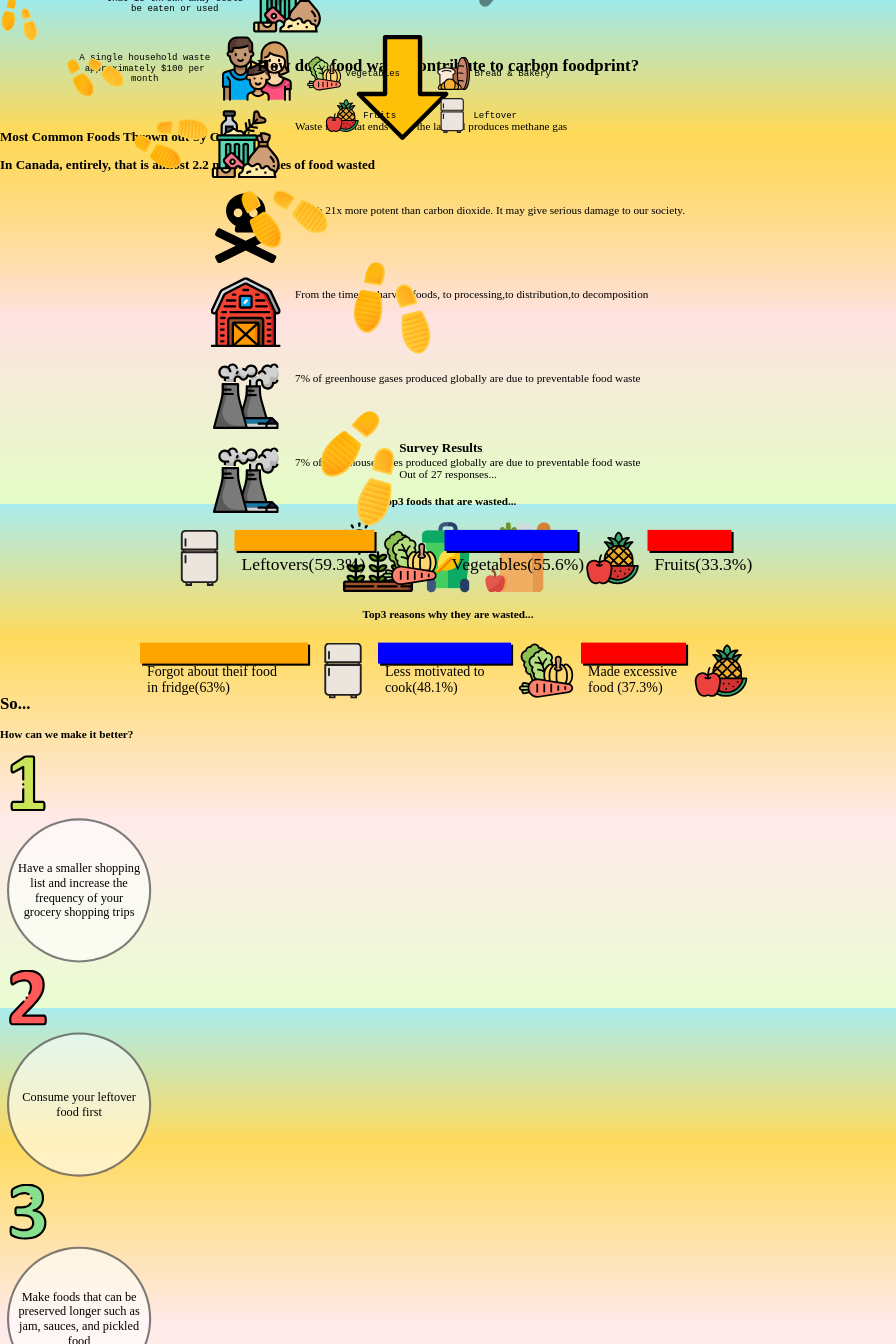
Repository: iorid3/Midterm
Page: index.html
The author's editor kept a copy of each file at every save. The page is drawn from the files as they stood at one save, then again after the next save.
The browser window is 1280 px wide. The pictures show the part of the page from y = 0 to 1920 px (the page is 2758 px tall), at 70% of full size.

Above is the page before, as saved 2021-03-09 11:56:47.

### index.html
<!DOCTYPE html>
<html>
    <head>
       <title>Mid term</title>
        <link href= "./index.css"  rel ="stylesheet" type = "text/css" >
    </head>
<body>
   <div id = "main">

        <div class = "section1">
            <div><h1> How Food Waste Impacts Our World</h1></div>
            <div><img src ="./Images/earth crying.svg"/></div>
            <div class = "comp1"></div>
            <div class = "comp2"></div>
            <div class = "comp5"></div>
        </div>

        <div class = "section2">
            <div><h2>DId you know that...</h2></div>
            <div class ="comp3_1"></div>
            <div class ="comp3_2"></div>
            <div class ="comp3_3"></div>
            <div class ="comp3_4"></div>
            <div class = "comp1"></div>

            <div class = "flag"><img src = ""></div>
            <div><h3>Most Common Foods Thrown out by Canadians</h3></div>
               <div class = "container1">
                    <div class ="comp4_1"></div>
                    <div class ="comp4_2"></div>
                    <div class ="comp4_3"></div>
                    <div class ="comp4_4"></div>
                </div>

            <div class = "comp5"></div>
            <div><h3>In Canada, entirely, that is almost 2.2 million tonnes of food wasted</h3></div>
            <div><img src = ""></div>
        </div>

        <div class = "section3">
            <div><h2>How does food waste contribute to carbon foodprint?</h2></div>
            <div><img src = ""></div>

            <div class = "comp6"></div>
            <div class = "comp6"></div>
            <div class = "comp6"></div>
            <div class = "comp6"></div>
            <div class = "comp6"></div>

            <div class = "container2">
                <div><img class = "icons" src = "./Images/crop.svg"></div>
                <div><img class = "icons" src = "./Images/recycling.png"></div>
                <div><img class = "icons" src = "./Images/grocery.svg"></div>
            </div>


        </div>


        <div class = "section4">
            <div class = "container3">
               <div><img src = ""></div>
               <div><h3>Survey Results</h3></div>
               <div>Out of 27 responses...</div>
            </div>


            <div class ="comp2"></div>
            <div><h4>Top3 foods that are wasted...</h4></div>
            <div class = "container4">
                <div class = "comp7"></div>
                <div class = "comp7"></div>
                <div class = "comp7"></div>
            </div>

            <div><h4>Top3 reasons why they are wasted...</h4></div>
            <div class = "container5">
                <div class = "comp8"></div>
                <div class = "comp8"></div>
                <div class = "comp8"></div>
            </div>




        </div>

        <div class = "section5">

            <div><h2>So...</h2></div>

            <div><h4>How can we make it better?</h4></div>
            <div class = "container6">
                <div class ="comp9"></div>
                <div class ="comp9"></div>
                <div class ="comp9"></div>
                <div class ="comp9"></div>
            </div>

            <div><h3>Small Steps goes a long way</h3></div>
            <div class = "comp10"></div>
            <div class = "comp10"></div>
            <div class = "comp10"></div>
            <div class = "comp10"></div>
            <div class = "comp10"></div>
            <div class = "comp10"></div>

            <div><img src = ""></div>
            <div><img src = ""></div>

            <div class = "comp5"></div>
            <div><h3>Do your part in saving the environment by ...</h3></div>
            <div><h2>Using this app to reduce food waste</h2></div>
            <div><h2>FridgeSaver</h2></div>
            <div><img src =""></div>
            <div class = "comp5"></div>
            <div><h5>Start with what you have in your fridge</h5></div>

            <div><img src =""></div>
            <div><h5>Ready to find interesting recipes?</h5></div>



        </div>

    <h1>HIHIHI</h1>



       <!-- <div class = "col left">
           <div class = "row top">
               <div class = "shake"></div>
           </div>
           <div class = "row mid">
               <div class = "rank1"></div>
               <div class = "rank2"></div>
           </div> -->
    </div>

<script src = ./Comps/comp1/index.js></script>
<script src = ./Comps/comp2/index.js></script>
<script src = ./Comps/comp3/index.js></script>
<script src = ./Comps/comp4/index.js></script>
<script src = ./Comps/comp5/index.js></script>
<script src = ./Comps/comp6/index.js></script>
<script src = ./Comps/comp7/index.js></script>
<script src = ./Comps/comp8/index.js></script>
<script src = ./Comps/comp9/index.js></script>
<script src = ./Comps/comp10/index.js></script>

<script src = ./index.js></script>
</body>
</html>

### index.css
html,body{
    margin:0;
    background: linear-gradient(180deg, rgba(156, 233, 235, 0.86) 0%, rgba(255, 217, 86, 0.96) 26.56%, rgba(255, 220, 220, 0.6) 63.02%, rgba(227, 252, 195, 0.76) 100%);
    mix-blend-mode: normal;
}
#main{
    width:100vw;
    height:100vh;
    display:flex;
    flex-direction: column;
    align-items: center;
    justify-content: center;
}

.section1{
  width:100%;
}


.section2{
    width:100%;

}

.section3{
    display:flex;
    flex-direction: column;
    justify-content: center;
    align-items: center;
    width:100%;
    height:20%;
    margin:100px;
}

.container2{
   display: flex;
   flex-direction: row;
}

.icons{
    width: 100%;
    height: 100px;

}

.section4{

    display:flex;
    flex-direction: column;
    justify-content: center;
    align-items: center;
    width:100%;
    height:20%;
    margin:100px;
}


.section5{
    width:100%

}

### Comps/comp1/index.js
function Comp1UI(url="Images/confusion.png", size ="10px", font= "Poppins", text="text"){
    return `<div style='
            width: 100vw;
            height: 30vh;
            display: inline-flex;
            justify-content: center;
            align-items: center;
            transition: opacity 1s;
            opacity: 0.25;
            position:absolute;
        '
        onclick='Comp1UI.HandleClick(this)'
        >

        <img style='
            display: inline-flex;
            width: 200px;
            position: relative;
            left: 140px;
            top: 60px;
        'src="${url}" />

        <div>
            <img style='
                display: inline-flex;
                position: relative;
                width: 500px;
                left: 100px;
                bottom: 10px;
            'src="Images/chat.svg" />

            <div style='
                display: inline-flex;
                position: relative;
                bottom: 280px;
                right: 265px;
                font-size: ${size};
                font-weight: bold;
                font-family: ${font};
            '> ${text}</div>
        </div>
    </div>`
}

Comp1UI.HandleClick = (el) => {
    el.style.opacity = 1;
}

### Comps/comp2/index.js
function Comp2UI(url="Images/confusion.png", size ="10px", font= "Poppins", text="text"){
    return `<div style='
        width: 100vw;
        height: 30vh;
        display: inline-flex;
        justify-content: center;
        align-items: center;
        transition: opacity 1s;
        opacity: 0.25;
        position:absolute;
    '
    onclick='Comp1UI.HandleClick(this)'
    >

        <img style='
            display: inline-flex;
            width: 200px;
            position: relative;
            left: 500px;
            top:60px;
        ' src="${url}"/>

        <div>
            <img style='
                display: inline-flex;
                position: relative;
                width: 500px;
                right: 200px;
                bottom: 10px;
                transform: rotateY(180deg)
            ' src="Images/chat2.svg" />

            <div style='
                display: inline-flex;
                position: relative;
                bottom: 280px;
                right: 560px;
                font-size: ${size};
                font-weight: bold;
                font-family: ${font};
            ' >${text}</div>
        </div>
    </div>`
}

Comp2UI.HandleClick = (el) => {
    el.style.opacity = 1;
}

### Comps/comp3/index.js
function Comp3UI(Text='Average Canadian wastes 140kg of food in a year', url='https://placekitten.com/400/400') {
    return `
        <div style='
            display: inline-flex;
            align-items: center;
            justify-content: center;

            transition-property: transform;
            transition-duration: 1s;
            transition-timing-function: ease-in-out;
            transition-delay: 1s;

        '>
            <div style='
                flex-basis: 200px;
                text-align: center;
                padding-right: 10px;
                font-family: monospace;


            '
            >${Text}</div>

            <div style='
                width: 100px;
                height: 100px;
            '
            // onclick='Comp3UI.HandleClick(this)'
            >
                <img  style='
                    width: 100%;
                    height: 100%;
                    object-fit: cover;
                '
                src='${url}' />
        </div>
    `
}

// Comp3UI.HandleClick = (el) => {
//     el.style.top = "110%";
// }


// export const Comp3 = Comp3UI();

### Comps/comp4/index.js
function Comp4UI(url='https://placekitten.com/300/300',text='Bread & Bakery',x='0',y='0') {
    return `
        <div style='
            display: flex;
            flex-direction: row;
            align-item: center;
            justify-content: center;
            width: 250px;
            height: 50px;
            margin: 10px;
            position: absolute;
            top: ${x}px;
            left: ${y}px;

            animation-name: bouncing;
            animation-duration: 1.5s;
            animation-direction: alternate;
            animation-iteration-count: infinite;
            animation-delay: 2s;



        '
        >
            <div style='
                width: 50px;
                height: 50px;
            '>
                <img style='
                    width: 100%;
                    height: 100%;
                    object-fit: cover;
                '
                src='${url}' />
            </div>
            <div style='
            font-family: monospace;
            text-align: center;
            padding-top: 18px;
            padding-left: 5px;
            '
            >${text}</div>
        </div>
    `
}




// export const Comp4 = Comp4UI();

### Comps/comp5/index.js
function Comp5UI(x='0', y='0', url='https://placekitten.com/300/300') {
    return `
        <div style='
            width: 150px;
            height: 150px;
            position: absolute;
            top: ${x}px;
            left: ${y}px;

        '
        >
            <img style='
                width: 100%;
                height: 100%;
                object-fit: cover;

                animation-name: bounce;
                animation-duration: 1s;
                animation-direction: alternate;
                animation-iteration-count: infinite;

            '
            src='${url}' />


        </div>

    `
}

// export const Comp5 = Comp5UI();

### Comps/comp6/index.js
function Carboncomp(text =" 7% of greenhouse gases produced globally are due to preventable food waste", url= "images/factory.svg"){
    return `<div style = "
                          display:flex;
                          ">
                         <div style = "display:flex;
                         padding:10px;">
                         <img style ="
                          width:100px;
                          height:100px;
                         " src  = "${url}"></div>
                         <div style ="
                         display:flex;
                         padding:10px;"><p>${text}</p></div>

            </div>`

}

### Comps/comp7/index.js
function Graphcomp(url ="images/vegetable.svg",text ="Leftovers(59.3%)",color ="pink",width ="200px" ){
    return `<div style = "
                          display:inline-flex;
                          align-items:flex-start;
                          justify-content:flex-start;
                          ">
                            <div style = "display:flex;
                            padding:10px;
                            width:80px;
                            height:80px;
                            ">
                            <img src  = "${url}"></div>
                            <div class = "graph"
                            style ="
                            width:${width};
                            height:30px;
                            margin-top:10px;
                            background-color:${color};
                            box-shadow: 3px 3px ;
                            transition:background-color,1s,box-shadow, 1s;"
                            onmouseover = "Graphcomp.HandleMouseover(this)">
                            <div style ="
                            display:flex;
                            padding:10px;
                            font-size:25px;"><p>${text}</p></div>
                            </div>



            </div>`


}

Graphcomp.HandleMouseover = (el)=>{
   el.style.boxShadow = "8px 8px";
//    el.style.width = "400px";
 }

### Comps/comp8/index.js
function Graphcomp2(url ="images/vegetable.svg",text ="Leftovers(59.3%)",color ="pink",width ="200px" ){
    return `<div style = "
                          display:inline-flex;
                          flex-direction:row;
                          justify-content:center;
                          ">
                            <div class = "graph"
                            style ="
                            display:flex;
                            width:${width};
                            height:30px;
                            margin-top:10px;
                            background-color:${color};
                            box-shadow: 3px 3px ;
                            transition:background-color,1s,box-shadow, 1s;"
                            onmouseover = "Graphcomp2.HandleMouseover(this)">
                            <div style ="
                            display:flex;
                            width:200px;
                            padding:10px;
                            font-size:20px;"><p>${text}</p></div>
                            </div>
                            <div style = "display:flex;
                            padding:10px;
                            width:80px;
                            height:80px;
                            ">
                            <img src  = "${url}"></div>




            </div>`


}

Graphcomp2.HandleMouseover = (el)=>{
//    el.style.backgroundColor  = "blue";
   el.style.boxShadow = "8px 8px";
//    el.style.width = "400px";
 }

### Comps/comp9/index.js
function Comp9UI(url="Images/1.svg", text="4 Ways to Make it Better") {
    return `
        <img style='
            width: 80px;
            height: 80px;
            transition: width 0.2s;
            transition-timing-function: ease-in-out;
            display: flex;
        justify-content: center;
        align-items: center;
        flex-wrap: wrap;
        '

        onmouseover='Comp9UI.HandleImageHover(this)'
        onmouseout='Comp9UI.HandleImageHoverOut(this)'

        src="${url}"/>

        <div style='
            width: 180px;
            height: 180px;
            margin: 10px;
            padding: 10px;
            background-color: rgba(255, 255, 255, 0.6);
            border: 3px solid rgba(0, 0, 0, 0.5);
            border-radius: 50%;
            display: flex;
            justify-content: center;
            align-items: center;
            font-size: 1.1em;
            line-height: 1.2em;
            text-align: center;
            transition: width 0.2s;
            transition-timing-function: ease-in-out;
        '
            onmouseover='Comp9UI.HandleHover(this)'
            onmouseout='Comp9UI.HandleHoverOut(this)'

        >${text}</div>

    `
}

Comp9UI.HandleImageHover = (el) => {
    el.style.width = "120px";
    el.style.height = "120px";
}

Comp9UI.HandleImageHoverOut = (el) => {
    el.style.width = "80px";
    el.style.height = "80px";
}

Comp9UI.HandleHover = (el) => {
    el.style.color = "#2E8B57";
    // el.style.width = "210px";
    // el.style.height = "210px";
    // el.style.fontSize = "1.4em";
}

Comp9UI.HandleHoverOut = (el) => {
    el.style.color = "#000000";
    // el.style.width = "180px";
    // el.style.height = "180px";
    // el.style.fontSize = "1.1em";
}
// export const comp9 = Comp9UI();

### Comps/comp10/index.js
function Comp10UI(w="55px", tdeg="120deg", top="0px", left="0px", anidelay="1s") {
    return `
    <img style='
        width: ${w};
        transform: rotate(${tdeg});
        position: absolute;
        top: ${top};
        left: ${left};

        animation-name: footsteps;
        animation-duration: 4s;
        animation-delay: ${anidelay};
        animation-iteration-count: infinite;

    'src="Images/footstep.png"/>

    `
}

// export const comp10 = Comp10UI();

### index.js
document.querySelector(".comp1").innerHTML += Comp1UI("Images/question.svg","25px", "What's the issue?");
document.querySelector(".comp1").innerHTML += Comp1UI("Images/pie_chart.svg","25px", "Only 33% of participants plan their grocery shopping");
document.querySelector(".comp2").innerHTML += Comp2UI("Images/professor.svg", "25px", "Good Question!");

//add claudia's componenets

document.querySelector(".comp3_1").innerHTML += Comp3UI('Average Canadian wastes 140kg of food in a year', 'Images/crowd.svg')
document.querySelector(".comp3_2").innerHTML += Comp3UI('That’s worth about $1,100 Canadian dollars', 'Images/plant.svg')
document.querySelector(".comp3_3").innerHTML += Comp3UI('About 63% of the food that is thrown away could be eaten or used', 'Images/garbage.svg')
document.querySelector(".comp3_4").innerHTML += Comp3UI('A single household waste approximately $100 per month', 'Images/family.svg')

document.querySelector(".comp4_1").innerHTML += Comp4UI('Images/vegetable.svg', 'Vegetables',70,370)
document.querySelector(".comp4_2").innerHTML += Comp4UI('Images/bread.svg', 'Bread & Bakery',70,570)
document.querySelector(".comp4_3").innerHTML += Comp4UI('Images/fruits.svg', 'Fruits',130,380)
document.querySelector(".comp4_4").innerHTML += Comp4UI('Images/fridge.svg', 'Leftover',130,545)

document.querySelector(".comp5").innerHTML += Comp5UI(50,500,'Images/down-arrow.svg')
document.querySelector(".comp6").innerHTML +=  Carboncomp(text = "Waste food that ends up in the landfill produces methane gas",url= "Images/garbage.svg");
document.querySelector(".comp6").innerHTML +=  Carboncomp(text ="which 21x more potent than carbon dioxide. It may give serious damage to our society. ",url ="Images/skull.svg" );
document.querySelector(".comp6").innerHTML +=  Carboncomp(text = "From the time we harvest foods, to processing,to distribution,to decomposition", url ="Images/barn.svg");
document.querySelector(".comp6").innerHTML +=  Carboncomp();
document.querySelector(".comp6").innerHTML +=  Carboncomp();
document.querySelector(".comp7").innerHTML +=  Graphcomp("Images/fridge.svg",text ="Leftovers(59.3%)",color ="orange",width ="200px");
document.querySelector(".comp7").innerHTML +=  Graphcomp("Images/vegetable.svg",text ="Vegetables(55.6%)",color ="blue",width ="190px");
document.querySelector(".comp7").innerHTML +=  Graphcomp("Images/fruits.svg",text ="Fruits(33.3%)",color ="red",width ="120px");
document.querySelector(".comp8").innerHTML +=  Graphcomp2("Images/fridge.svg",text ="Forgot about theif food in fridge(63%)",color ="orange",width ="240px");
document.querySelector(".comp8").innerHTML +=  Graphcomp2("Images/vegetable.svg",text ="Less motivated to cook(48.1%)",color ="blue",width ="190px");
document.querySelector(".comp8").innerHTML +=  Graphcomp2("Images/fruits.svg",text ="Made excessive food (37.3%)",color ="red",width ="150px");

document.querySelector(".comp9").innerHTML += Comp9UI("Images/1.svg", "Have a smaller shopping list and increase the frequency of your grocery shopping trips");
document.querySelector(".comp9").innerHTML += Comp9UI("Images/2.svg", "Consume your leftover food first");
document.querySelector(".comp9").innerHTML += Comp9UI("Images/3.svg", "Make foods that can be preserved longer such as jam, sauces, and pickled food");
document.querySelector(".comp9").innerHTML += Comp9UI("Images/4.svg", "Be mindful of saving the environment by reducing food waste");

document.querySelector(".comp10").innerHTML += Comp10UI("60px", "120deg", "0px", "0px", "1s");
document.querySelector(".comp10").innerHTML += Comp10UI("75px", "80deg", "70px", "100px", "1.5s");
document.querySelector(".comp10").innerHTML += Comp10UI("95px", "50deg", "150px", "200px", "2s");
document.querySelector(".comp10").innerHTML += Comp10UI("115px", "80deg", "250px", "350px", "2.5s");
document.querySelector(".comp10").innerHTML += Comp10UI("130px", "120deg", "380px", "500px", "3s");
document.querySelector(".comp10").innerHTML += Comp10UI("145px", "150deg", "600px", "450px", "3.5s");

After the next save:
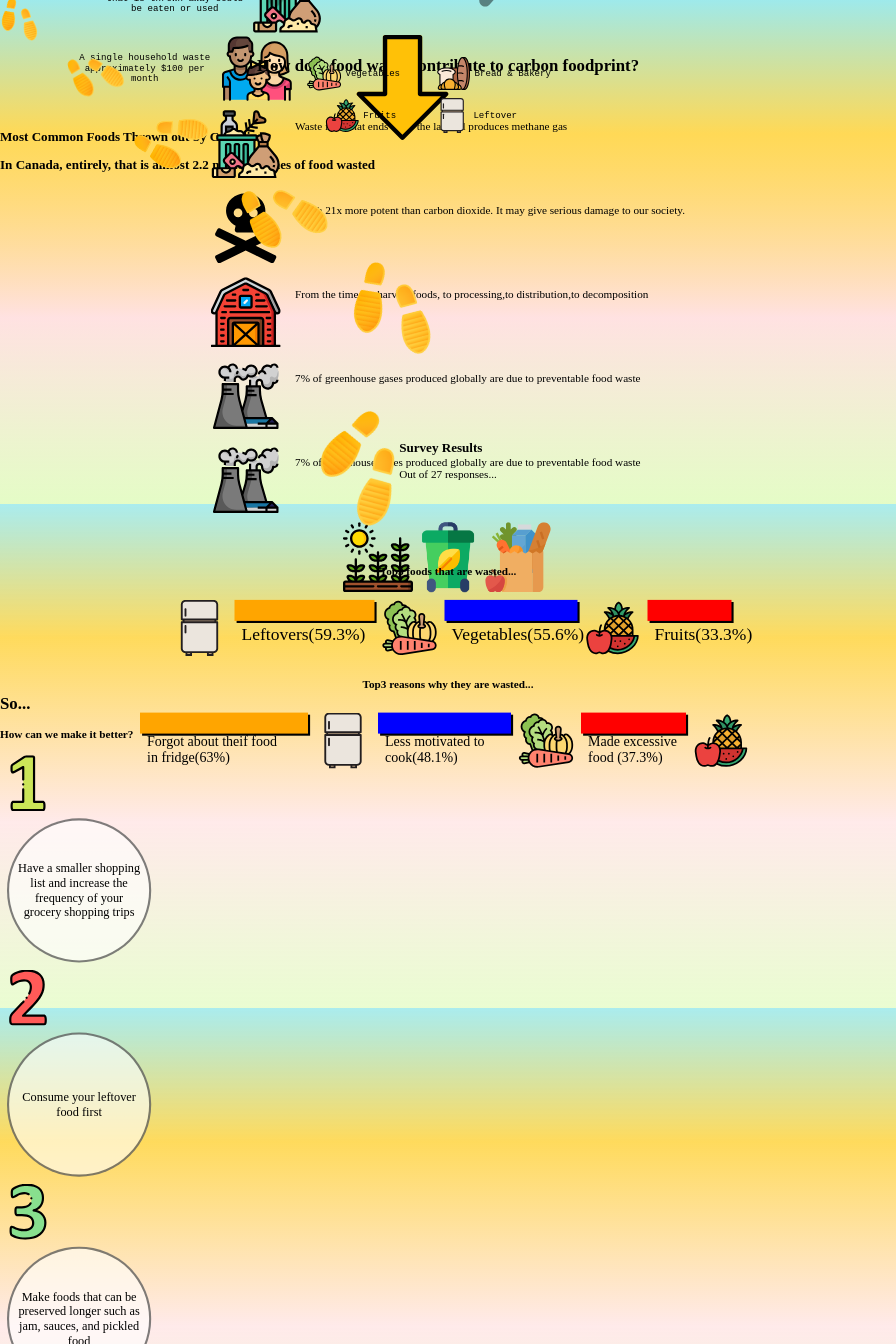
Saved 4 min 7 s later.
--- a/index.css
+++ b/index.css
@@ -54,6 +54,9 @@ html,body{
     margin:100px;
 }
 
+.container3{
+    margin:100px;
+}
 
 .section5{
     width:100%
